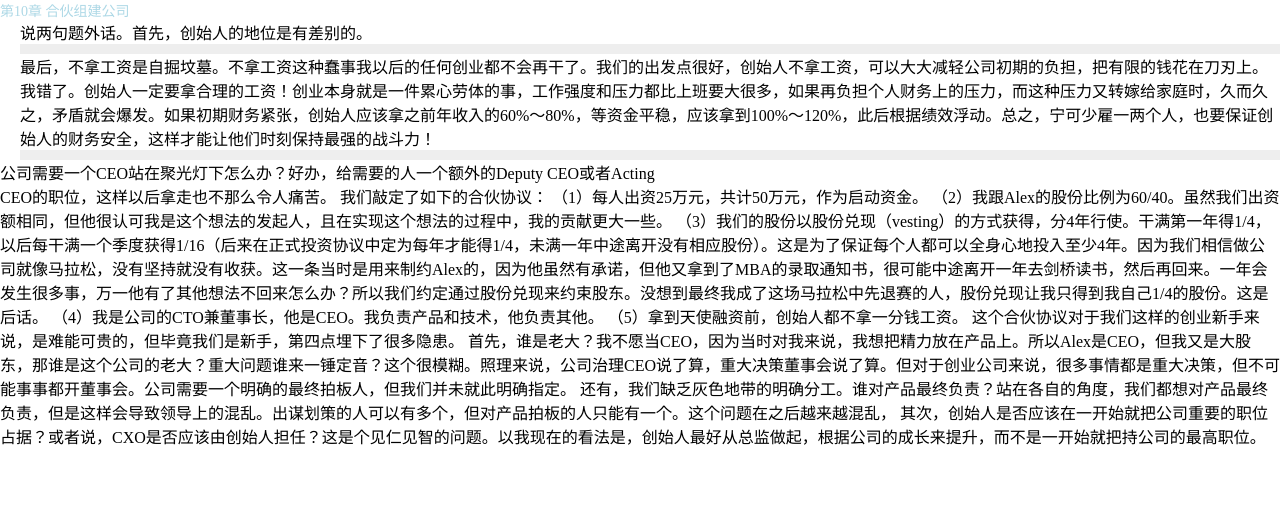
Repository: xudusheng/SSM
Page: SpringMVC/WebContent/HTML/first.html
An editor plug-in stored every save of this project. The page is shown before and after the next save, followed by the edit.
The browser window is 1280 px wide. The pictures show the whole page.

Above is the page before, as saved 2016-07-20 07:32:23.

After the next save:
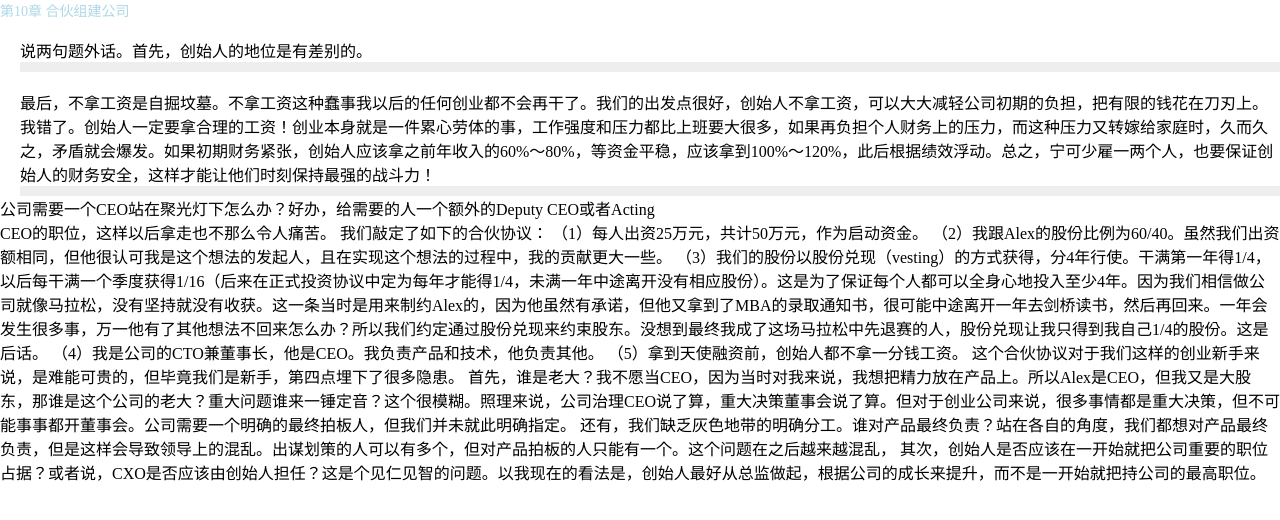
Saved 112 s later.
--- a/SpringMVC/WebContent/HTML/first.html
+++ b/SpringMVC/WebContent/HTML/first.html
@@ -10,8 +10,8 @@
 </style>
 </head>
 <body>
-	<p class='article-title'>第10章 合伙组建公司</p>
-	<p class="content-line--grey">说两句题外话。首先，创始人的地位是有差别的。</p>
+	<p class='article-title'>第10章 合伙组建公司</p> <br/>
+	<p class="content-line--grey">说两句题外话。首先，创始人的地位是有差别的。</p><br/>
 	<p class="content-line--grey">最后，不拿工资是自掘坟墓。不拿工资这种蠢事我以后的任何创业都不会再干了。我们的出发点很好，创始人不拿工资，可以大大减轻公司初期的负担，把有限的钱花在刀刃上。我错了。创始人一定要拿合理的工资！创业本身就是一件累心劳体的事，工作强度和压力都比上班要大很多，如果再负担个人财务上的压力，而这种压力又转嫁给家庭时，久而久之，矛盾就会爆发。如果初期财务紧张，创始人应该拿之前年收入的60%～80%，等资金平稳，应该拿到100%～120%，此后根据绩效浮动。总之，宁可少雇一两个人，也要保证创始人的财务安全，这样才能让他们时刻保持最强的战斗力！</p>
 	公司需要一个CEO站在聚光灯下怎么办？好办，给需要的人一个额外的Deputy CEO或者Acting
 	<br/>
